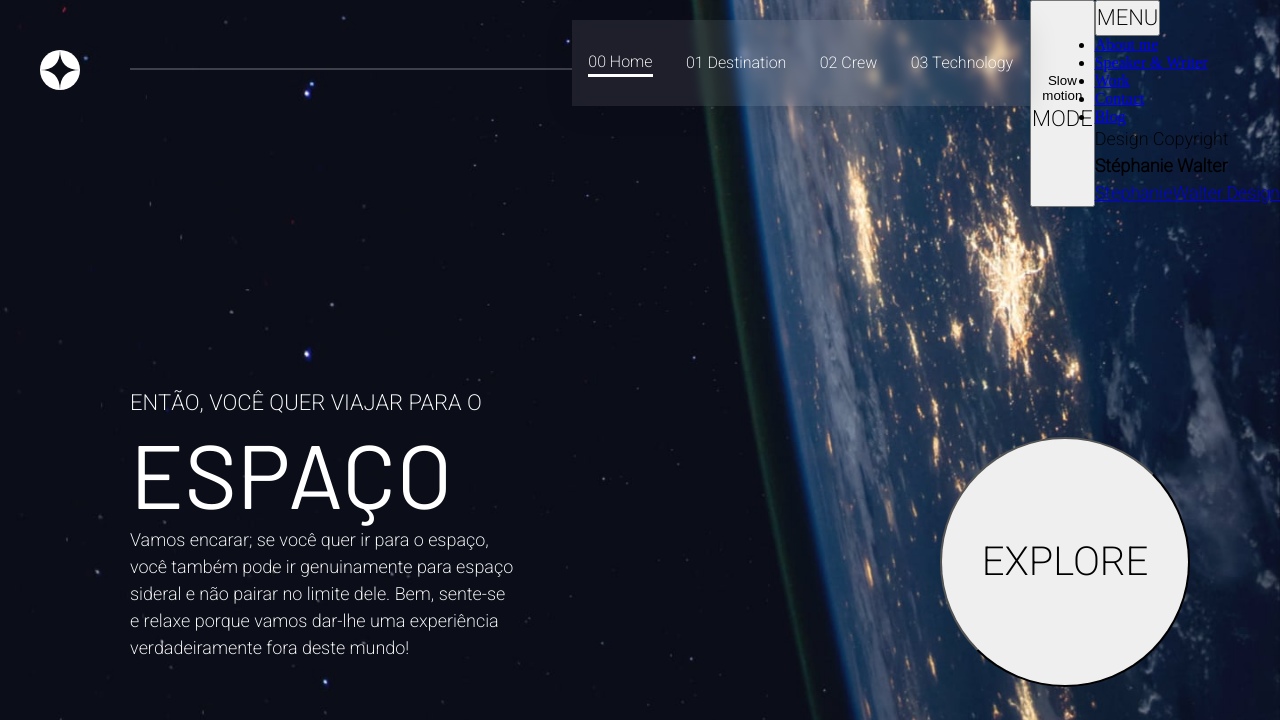
Repository: Leonngc/space-site
Page: space-tourism-website-main/space-tourism-website-main/starter-code/index.html
An editor plug-in stored every save of this project. The page is shown before and after the next save, followed by the edit.
The browser window is 1280 px wide. The pictures show the whole page.

Above is the page before, as saved 2023-04-29 16:32:56.

### space-tourism-website-main/space-tourism-website-main/starter-code/index.html
<!DOCTYPE html>
<html lang="pt-br">
<head>
  <meta charset="UTF-8">
  <meta name="viewport" content="width=device-width, initial-scale=1.0">
  <link rel="icon" type="image/png" sizes="32x32" href="./assets/favicon-32x32.png">
  <link rel="stylesheet" href="styles/menu.css">
  <link rel="stylesheet" href="styles/home.css">
  <!-- CDN FLATICON-->
  <link rel='stylesheet' href='https://cdn-uicons.flaticon.com/uicons-bold-rounded/css/uicons-bold-rounded.css'>
  <script src="script/menu.js" defer></script>
  <title>Frontend Mentor | Space tourism website</title>
</head>
<body>

  <header>
    <img src="assets/shared/logo.svg" alt="" class="logo">
    <div class="line"></div>

    <ul class="menu">
    <li class="item-menu active"><a href="#">00 Home</a></li>
    <li class="item-menu"><a href="#">01 Destination</a></li>
    <li class="item-menu"><a href="#">02 Crew</a></li>
    <li class="item-menu"><a href="#">03 Technology</a></li>
    </ul>


    <button id="slowmo">Slow motion <span>mode</span></button>

<div class="device">
	<div class="container">
		<button id="burger" class="open-main-nav">
			<span class="burger"></span>
			<span class="burger-text">Menu</span>
		</button>
		<nav class="main-nav" id="main-nav">
			<ul>
				<li>
					<a href="#">About me</a>
				</li>
				<li>
					<a href="#">Speaker &amp; Writer</a>
				</li>
				<li>
					<a href="#">Work</a>
				</li>
				<li>
					<a href="#">Contact</a>
				</li>
				<li>
					<a href="#">Blog</a>
				</li>
			</ul>
		</nav>
		<p class="notice">Design Copyright <strong>Stéphanie Walter</strong><br><a href="https://stephaniewalter.design/" target="_blank">StephanieWalter.Design</a></p>
	</div>
</div>
  </header>

<div class="container-button">
    <button>Explore</button>
  </div>
<div class="text-box">
    <span>Então, você quer viajar para o</span>
    <h1>Espaço</h1>
    <p>
      Vamos encarar; se você quer ir para o espaço, você também pode ir genuinamente para
      espaço sideral e não pairar no limite dele. Bem, sente-se e relaxe
      porque vamos dar-lhe uma experiência verdadeiramente fora deste mundo!
    </p>
</div>



</body>
</html>

### space-tourism-website-main/space-tourism-website-main/starter-code/styles/menu.css
@import url('https://fonts.googleapis.com/css2?family=Heebo:wght@200&display=swap');

*{
    padding: 0;
    margin: 0;
}

header{
    display: flex;
    justify-content: space-between;
}

.menu{
    margin-top: 20px;
    display: flex;
    width: 90vw ;
    height: 12vh;
    position: relative;
    justify-content: space-between;
    list-style: none;
    background: rgba(255, 255, 255, 0.21);
    background: rgba(255, 255, 255, 0.08);
    box-shadow: 0 4px 30px rgba(0, 0, 0, 0.1);
    backdrop-filter: blur(5px);
    -webkit-backdrop-filter: blur(5px);
}

.item-menu{
    margin: auto;

}

.item-menu a{
    text-decoration: none;
    font-family: 'Heebo', sans-serif;
    color: white;
}

.active{
  border-bottom: 3px solid white;
}

.line{
    background-color:  rgba(255, 255, 255, 0.21);

    height: 2px;
    width: 1110px;
    margin-top: 68px;
    margin-left: 30px;
}

.logo{
    margin-top: 30px;
    margin-left: 20px;
    width: 40px;
    height: 40px;
    padding: 20px;
}

@media screen and (max-width: 900px){
    .menu{
        display: none;
    }

    .line{
        display: none;
    }

    body{
        background-image: url(../assets/home/background-home-mobile.jpg) !important;
    }

    .main-nav {
        position: absolute;
        top: 0;
        right: 0;
        left: 0;
        bottom: 0;
        text-align: center;
        background: #FFF;
        opacity: 0;
        z-index: -1;
        visibility: hidden;
        transition: all .375s;
    }

    .main-nav.is-open {
        opacity: 1;
        z-index: 100;
        visibility: visible;
    }

    /* Yellow band effect */
    .main-nav::before {
         content: '';
        position: absolute;
        top: 0;
        bottom: 0;
        left: 0;
        right: -15px;
        background: #FEDC2A;
        transform-origin: 0 0;
        transform: skew(-14deg) translateX(-120%);
        transition: all .275s .1s;
    }

    .main-nav.is-open::before {
        transform: skew(-14deg) translateX(0);
    }

    /* Skewing effect on menu links */
    .main-nav ul {
        display: inline-flex;
        flex-direction: column;
        height: 93%; /* Should be 100%, but we have a notice message :D */
        align-items: flex-end;
        justify-content: center;
        transform: translateX(-18%) skew(-16deg);
    }

    .main-nav li {
        display: block;
        margin: .5rem 0;
        text-align: right;
        transform: skew(16deg);
    }

    /* Apparition effect on links */
    .main-nav a {
        opacity: 0;
        transform: translateY(-10px);
    }

    .main-nav.is-open a {
        opacity: 1;
        transform: translateY(0);
    }
    .main-nav li:nth-child(1) a {
        transition: all 275ms 175ms
    }
    .main-nav li:nth-child(2) a {
        transition: all 275ms 225ms
    }
    .main-nav li:nth-child(3) a {
        transition: all 275ms 275ms
    }
    .main-nav li:nth-child(4) a {
        transition: all 275ms 325ms
    }
    .main-nav li:nth-child(5) a {
        transition: all 275ms 375ms
    }


    /* Decoration */
    .main-nav ul,
    .main-nav li {
        list-style: none;
        padding: 0;
    }
    .main-nav a {
        display: block;
        padding: 12px 0;
        color: #5A3B5D;
        font-size: 1.4em;
        text-decoration: none;
        font-weight: bold;
    }

    /* Burger Style: @see: https://codepen.io/CreativeJuiz/full/oMZNXy */
    .open-main-nav {
        position: absolute;
        top: 15px;
        padding-top: 20px;
        right: 15px;
        z-index: 1000;
        background: none;
        border: 0;
        cursor: pointer;
    }
    .open-main-nav:focus {
        outline: none;
    }
    .burger {
        position: relative;
        display: block;
        width: 28px;
        height: 4px;
        margin: 0 auto;
        background: #5A3B5D;
        transform: skew(5deg);
        transition: all .275s;
    }

    .burger:after,
    .burger:before {
        content: '';
        display: block;
        height: 100%;
        background: #5A3B5D;
        transition: all .275s;
    }

    .burger:after {
        transform: translateY(-12px) translateX(-2px) skew(-20deg);
    }

    .burger:before {
        transform: translateY(-16px) skew(-10deg);
    }

    /* Toggle State part */
    .is-open .burger {
        transform: skew(5deg) translateY(-8px) rotate(-45deg);
    }

    .is-open .burger:before {
        transform: translateY(0px) skew(-10deg) rotate(75deg);
    }

    .is-open .burger:after {
        transform: translateY(-12px) translateX(10px) skew(-20deg);
        opacity: 0;
    }

    /* MENU Text part */

    .burger-text {
        display: block;
        font-size: .675rem;
        letter-spacing: .05em;
        margin-top: .5em;
        text-transform: uppercase;
        font-weight: 500;
        text-align: center;
        color: #5A3B5D;
    }

    .device {
        position: relative;
        width: 345px;
        height: 600px;
        background: #FFF;
        border: 1px solid #EEE;
        border-radius: 3px;
        box-shadow: 0 0 0 10px rgba(0,0,0,.1);
    }

    .container {
        position: absolute;
        top: 0; right: 0;
        bottom: 0; left: 0;
        overflow: hidden;
        background: linear-gradient(to bottom, #eee, #ddd);
    }

    html {
        height: 100%;
    }
    body {
        height: 100%;
        display: flex;
        justify-content: center;
        align-items: center;
    }

    /* Slow motion button */
    [id="slowmo"] {
        position: absolute;
        top: 20px;
        right: 20px;
        padding: 10px;
        border: 0;
        font-size: 1rem;
        background: #FEDC2A;
        color: #5A3B5D;
        font-weight: bold;
        cursor: pointer;
        transition: all .275s;
    }

    [id="slowmo"] span {
        display: block;
        font-weight: normal;
    }

    [id="slowmo"]:hover,
    [id="slowmo"]:focus {
        background: #5A3B5D;
        color: #FEDC2A;
    }

    [id="slowmo"].is-slowmo span:after {
        content: 'Activated';
        display: block;
        font-weight: bold;
    }

    /* When slowmotion is activated */

    .is-slowmo + .device .open-main-nav .burger,
    .is-slowmo + .device .open-main-nav .burger:before,
    .is-slowmo + .device .open-main-nav .burger:after,
    .is-slowmo + .device .main-nav,
    .is-slowmo + .device .main-nav::before,
    .is-slowmo + .device .main-nav a {
        transition-duration: 3s;
    }
    .is-slowmo + .device .main-nav li:nth-child(1) a {
        transition-delay: 1750ms
    }
    .is-slowmo + .device .main-nav li:nth-child(2) a {
        transition-delay: 2250ms
    }
    .is-slowmo + .device .main-nav li:nth-child(3) a {
        transition-delay: 2750ms
    }
    .is-slowmo + .device .main-nav li:nth-child(4) a {
        transition-delay: 3250ms
    }
    .is-slowmo + .device .main-nav li:nth-child(5) a {
        transition-delay: 3750ms
    }

    /* Notice */
    .notice {
        position: absolute;
        bottom: -15px;
        left: 0; right: 0;
        padding: 20px;
        background: #F2F2F2;
        color: #5A3B5D;
        font-size: 14px;
        font-weight: 400;
        line-height: 1.5;
        z-index: 100;
        text-align: center;
    }
    .notice strong {
        font-weight: 700;
    }
    .notice a {
        padding: 2px 3px;
        background: #FEDC2A;
        text-decoration: none;
    }
}

### space-tourism-website-main/space-tourism-website-main/starter-code/styles/home.css
@import url('https://fonts.googleapis.com/css2?family=Barlow&display=swap');
@import url('https://fonts.googleapis.com/css2?family=Heebo:wght@200&display=swap');
/*  font-family: 'Barlow', sans-serif;
    font-family: 'Heebo', sans-serif;
*/

:root{
    --title-font: 'Barlow';
    --paragraph-font: 'Heebo';
}

body{
    background-image: url(../assets/home/background-home-desktop.jpg);
    background-size: cover;
    background-position: center center;
}


.text-box{
    margin-top: 150px;
    padding: 30px;
    margin-left: 100px;
    width: 30vw;
    color: white;
}

span{
    font-family: var(--paragraph-font);
    font-size: 22px;
    text-transform: uppercase;
}

h1{
    font-family: var(--title-font);
    font-size: 90px;
    font-weight: 200;
    text-transform: uppercase;
}

p{
    font-family: var(--paragraph-font), sans-serif;
    font-size: 18px;
}

.container-button{
    float: right;
    margin-top: 230px;
    margin-right: 90px;
    margin-bottom: 30px;
}

.container-button button{
    width: 250px;
    height: 250px;
    border-radius: 50%;
    font-size: 40px;
    font-family: var(--paragraph-font);
    font-weight: 200;
    text-transform: uppercase;
}

Loaded but not shown: space-tourism-website-main/space-tourism-website-main/starter-code/script/menu.js (no stored copy; drawn as an empty file)

After the next save:
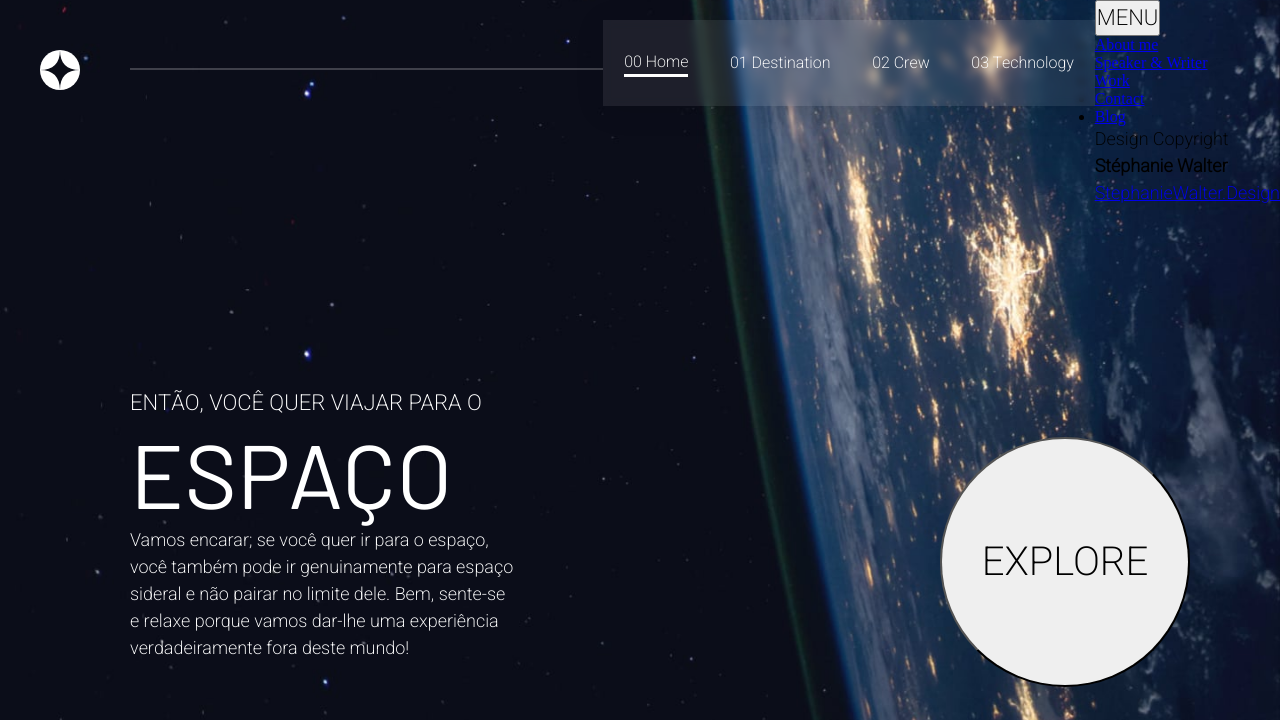
Saved 55 s later.
--- a/space-tourism-website-main/space-tourism-website-main/starter-code/index.html
+++ b/space-tourism-website-main/space-tourism-website-main/starter-code/index.html
@@ -25,7 +25,7 @@
     </ul>
 
 
-    <button id="slowmo">Slow motion <span>mode</span></button>
+
 
 <div class="device">
 	<div class="container">
